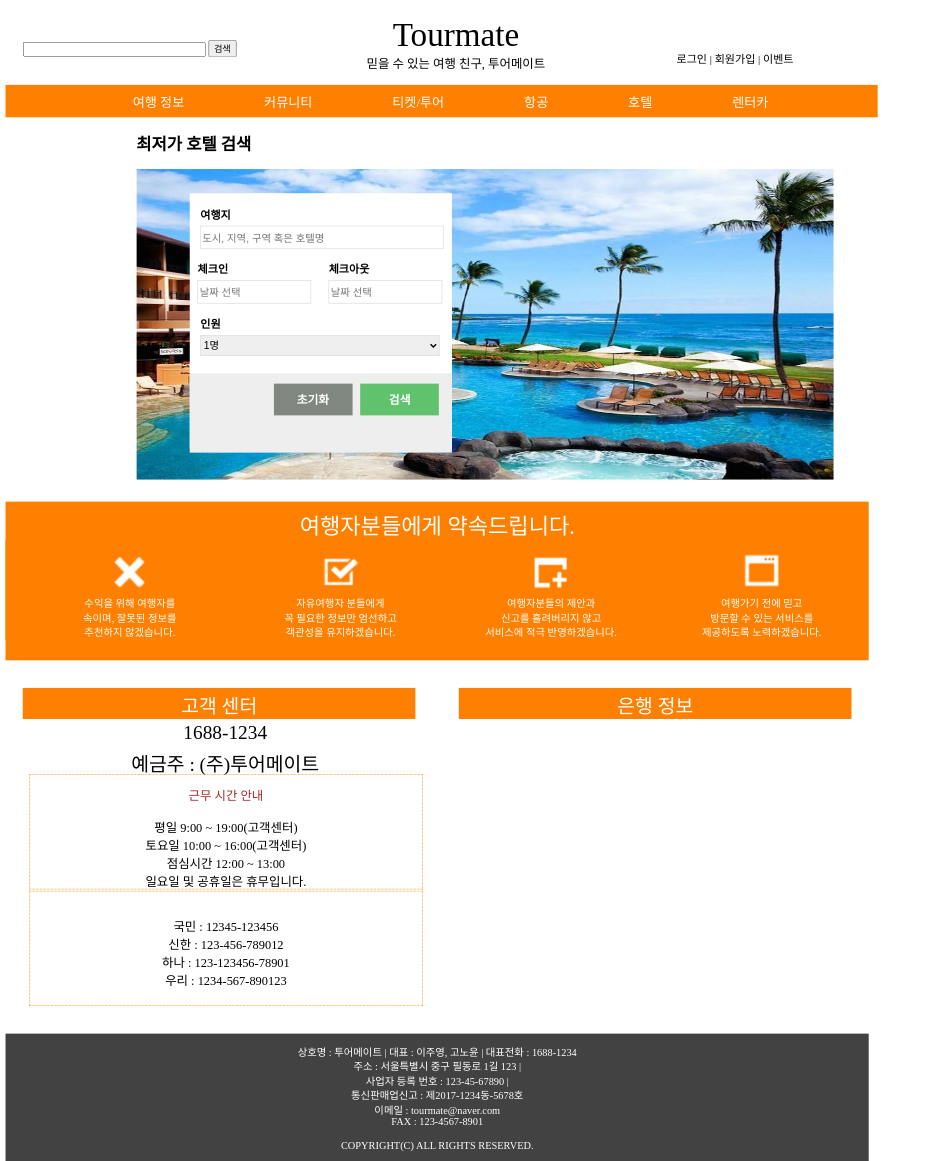
Repository: nohyoonko/2017-2-WP-Tourmate
Page: http://localhost/Tourmate/호텔.jsp
These files come from the project's save history. The page is drawn as it stood at one moment and after the next save; the edit follows.
The browser window is 1280 px wide. The page is 1369 px wide, so the pictures cover 1369 px, including what lies to the right of the window. The pictures show the whole page, at 69% of full size.
Some web libraries are served in a nearby version. The page is served by Tomcat 9.

Above is the page before, as saved 2017-12-05 03:11:13.

After the next save:
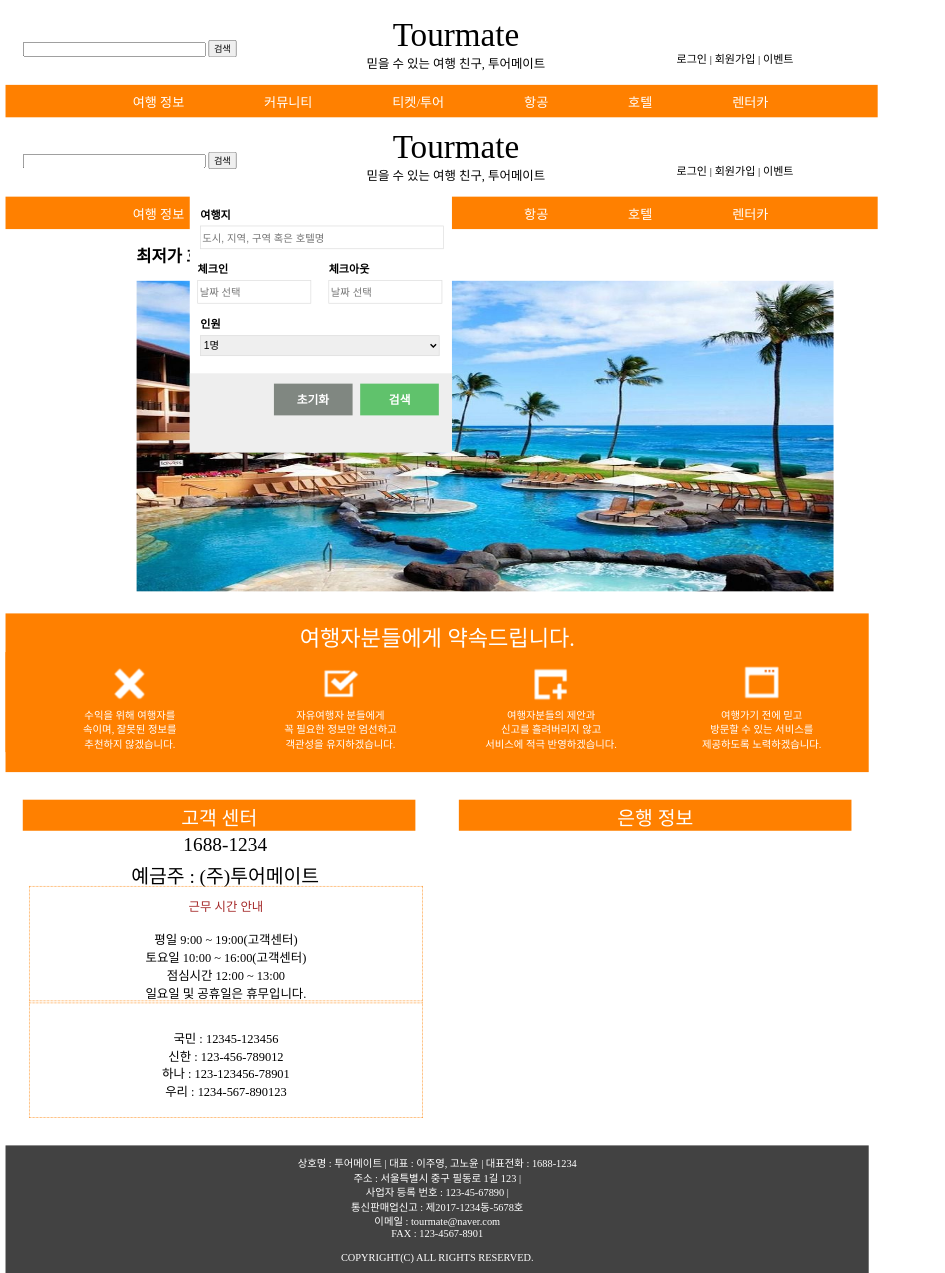
Saved 119 s later.
--- a/eclipse-workspace/Tourmate/WebContent/호텔.jsp
+++ b/eclipse-workspace/Tourmate/WebContent/호텔.jsp
@@ -6,71 +6,6 @@
    <meta http-equiv="Content-Type" content="text/html; charset=UTF-8">
    <title>투어메이트</title>
     <style>
-        div { font-family: "함초롬돋움"; }
-
-        div.header1 {
-            width: 30%;
-            float: left;
-            margin-left: 25px;
-            margin-top: 50px;
-        }
-
-        div.header2 {
-            width: 33%;
-            height: 60px;
-            float: left;
-            margin-left: 40px;
-            margin-top: 15px;
-            color: black;
-        }
-
-         div.header2 > a {
-           color:black; text-decoration:none;
-         }
-
-        div.header3 {
-            width: 31%;
-            height: 50px;
-            float: left;
-            margin-right: 10px;
-            margin-top: 65px;
-        }
-
-       .menubar {
-          background: #FF8000;
-          display: inline-block;
-           width: 100%;
-      }
-      .main { margin: 0; padding: 0; font-size: 19px; }
-      .main li {
-         padding:0% 3% 0% 3%;
-           float: left;
-           list-style:none;
-           position: relative;
-      }
-      .main li:first-child { margin-left: 10%; }
-      .main li:hover { background: #984807; }
-      .main a {
-           color: white;
-           display: block;
-           padding: 10px 20px;
-           text-decoration: none;
-      }
-      .main ul {
-           background: white;
-           display: none;
-           padding: 0;
-           position: absolute;
-           left: 0;
-           top: 100%;
-           z-index: 2;
-           width: 200px;
-      }
-      .main ul li { float: none; margin-left: 10%; }
-      .main ul a { color: #984807; }
-      .main ul li:hover { background: white; }
-      .main ul li:hover>a { color: #FF8000; }
-
       .mainbox { padding-left:15%; }
 
       #bgimg {
@@ -154,6 +89,8 @@
    </style>
 </head>
 <body>
+	<!-- 제목+메뉴바를 포함한 Header.jsp 파일을 include -->
+ 	<jsp:include page="Header.jsp" flush="false"/>
     <div class="header1">
         <input type="text" size=30>
         <input type="submit" value="검색">

After the save that followed:
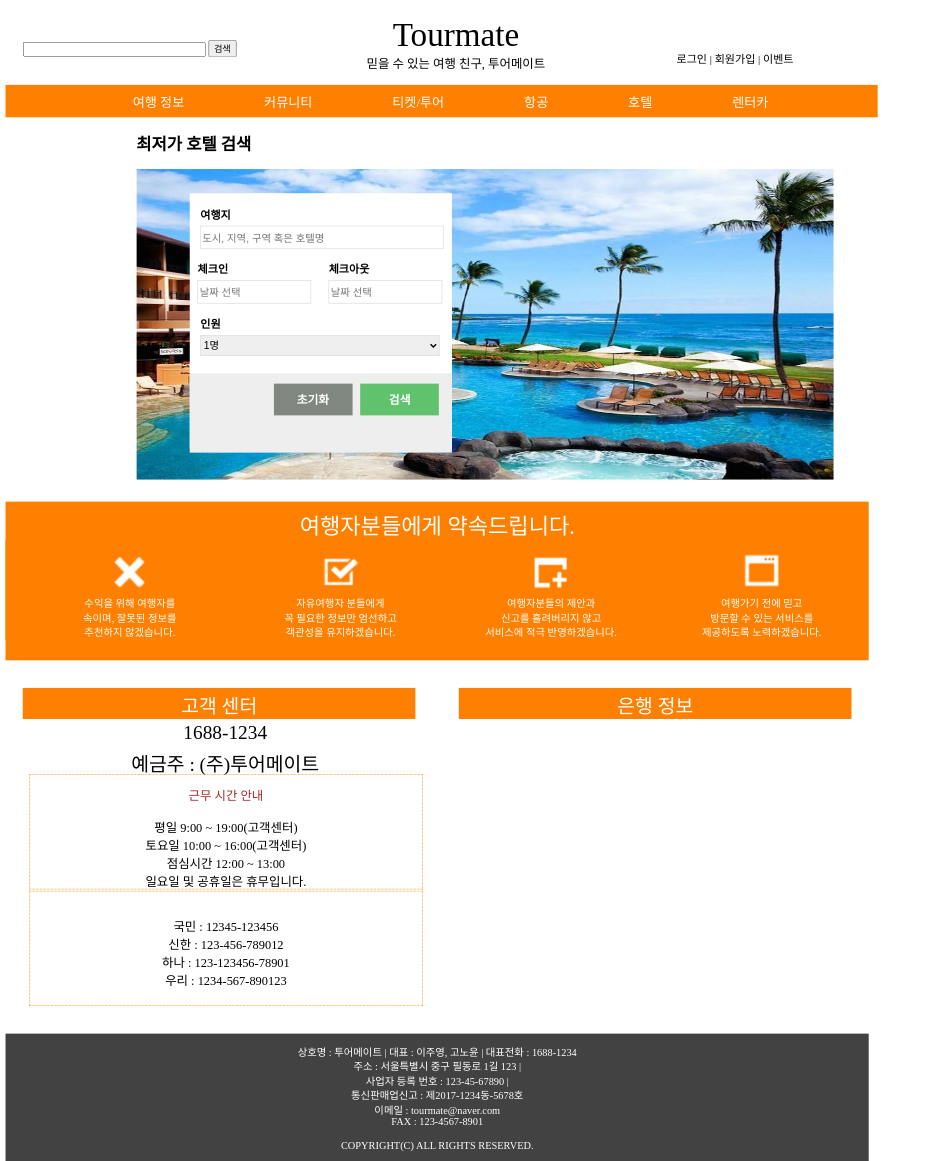
Saved 35 s later.
--- a/eclipse-workspace/Tourmate/WebContent/호텔.jsp
+++ b/eclipse-workspace/Tourmate/WebContent/호텔.jsp
@@ -91,70 +91,6 @@
 <body>
 	<!-- 제목+메뉴바를 포함한 Header.jsp 파일을 include -->
  	<jsp:include page="Header.jsp" flush="false"/>
-    <div class="header1">
-        <input type="text" size=30>
-        <input type="submit" value="검색">
-    </div>
-    <a href="투어메이트.html">
-    <div class="header2">
-        <center>
-            <font face="HYHeadLine" size="7">Tourmate</font><br>
-            <font face="함초롬돋움" size="4">믿을 수 있는 여행 친구, 투어메이트</font>
-        </center>
-    </div>
-    </a>
-    <div class="header3">
-        <center>
-            <font size="3">로그인 | 회원가입 | 이벤트</font>
-        </center>
-    </div>
-
-    <!--상단 메뉴바와 하위 메뉴-->
-    <script src="//code.jquery.com/jquery.min.js"></script>
-   <script>
-   $(function(){
-        $(".main li").hover(function(){
-          $('ul:first',this).show();
-        }, function(){
-          $('ul:first',this).hide();
-        });
-   });
-   </script>
-
-    <div class="menubar">
-        <ul class="main">
-            <li>
-                 <a href="#">여행 정보</a>
-                 <ul>
-                  <li><a href="인기_여행_도시.jsp">인기 여행 도시</a></li>
-                  <li><a href="#">여행 준비</a></li>
-               </ul>
-            </li>
-
-            <li>
-                <a href="#">커뮤니티</a>
-                <ul>
-                    <li><a href="여행_후기.jsp">여행 후기</a></li>
-                    <li><a href="#">맛집 추천</a></li>
-                </ul>
-            </li>
-
-            <li>
-                <a href="#">티켓/투어</a>
-                <ul>
-                    <li><a href="티켓투어_한국.jsp">한국</a></li>
-                    <li><a href="티켓투어_홍콩.jsp">홍콩</a></li>
-                    <li><a href="티켓투어_일본.jsp">일본</a></li>
-                    <li><a href="티켓투어_싱가포르.jsp">싱가포르</a></li>
-                    <li><a href="티켓투어_대만.jsp">대만</a></li>
-                </ul>
-            </li>
-
-            <li><a href="항공.jsp">항공</a></li>
-            <li><a href="호텔.jsp">호텔</a></li>
-            <li><a href="렌터카.jsp">렌터카</a></li>
-        </ul>
-    </div>
 
    <div class="mainbox">
    <p><h2>최저가 호텔 검색</h2></p>
